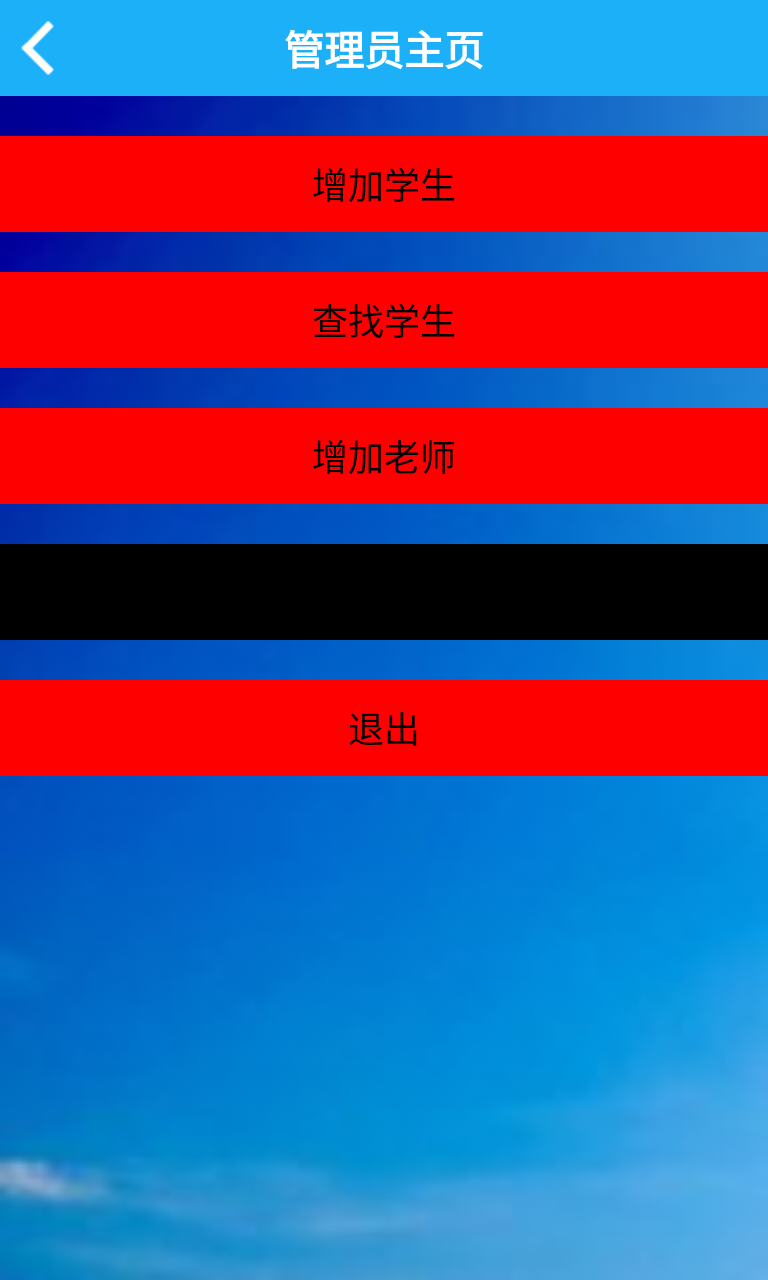
Repository: 15862175370/MyProject
Layout: 毕业设计系统源码_李伟/client/TeachSystem/res/layout/administrator_center.xml
An editor plug-in stored every save of this project. The layout is shown before and after the next save, followed by the edit.
It is drawn on a 768 x 1280 px phone screen (xhdpi) without system bars, with theme AppTheme; the app's code is not run.

Above is the layout before, as saved 2016-05-20 08:06:54.

After the next save:
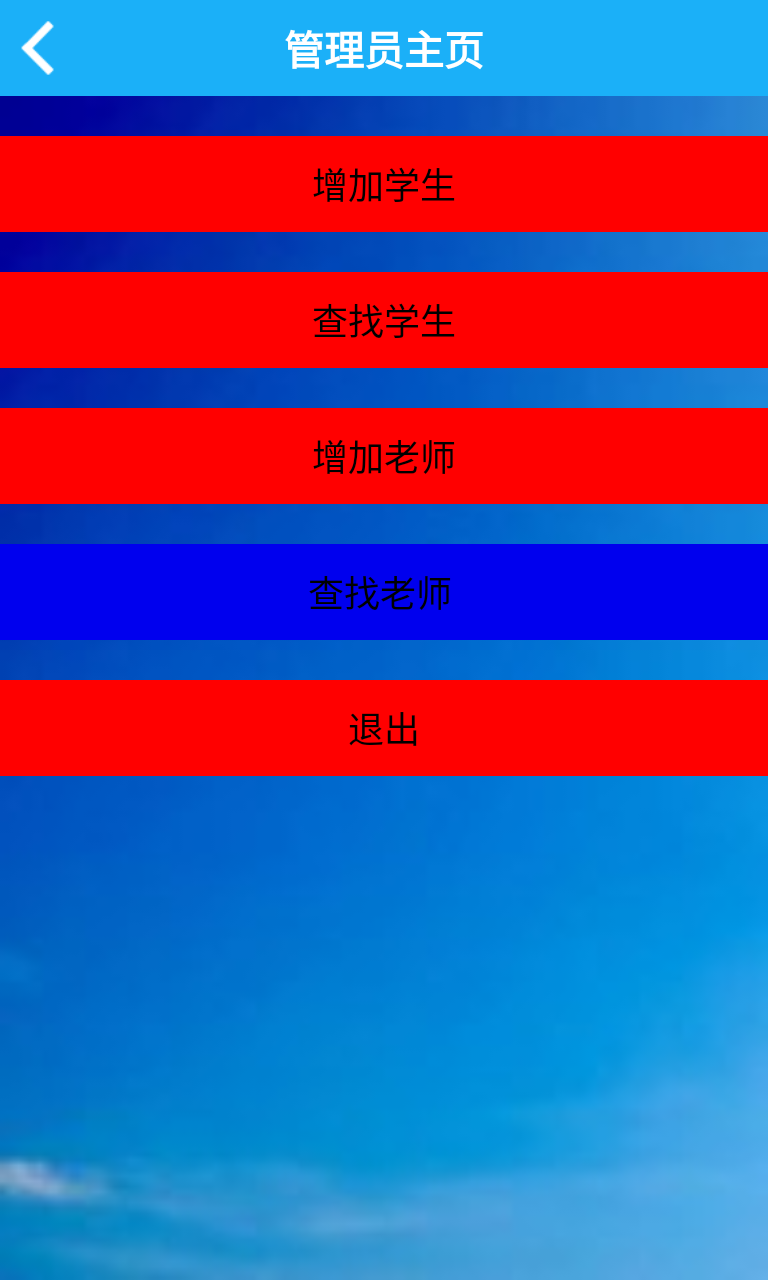
Saved 11 s later.
--- a/毕业设计系统源码_李伟/client/TeachSystem/res/layout/administrator_center.xml
+++ b/毕业设计系统源码_李伟/client/TeachSystem/res/layout/administrator_center.xml
@@ -72,7 +72,7 @@
         android:layout_width="match_parent"
         android:layout_height="wrap_content"
         android:layout_marginTop="20dp"
-        android:background="#ff000000"
+        android:background="#ff0000ee"
         android:text="查找老师 " />
 
     <Button
